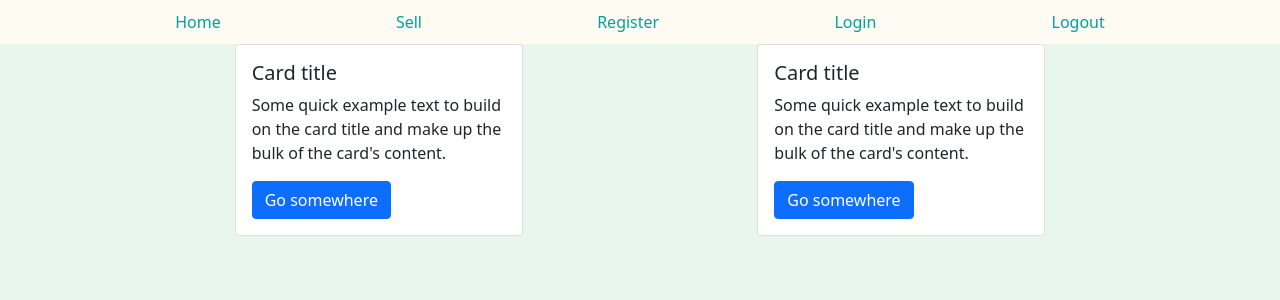
Repository: RiteshK555/itw-project
Page: http://localhost/
These files come from the project's save history. The page is drawn as it stood at one moment and after a run of saves; the edit follows.
The browser window is 1280 px wide. The pictures show the whole page.
The page is served by the project's application, run on Django 3.2 (student_olx/manage.py). Other server files are loaded and not shown.

Above is the page before, as saved 2021-09-18 22:08:12.

### student_olx/main/templates/main/home.html
{%extends 'main/base.html'%}
{% load static %}
{%block title%}
Home
{%endblock%}
{% block styles %}
<link rel="stylesheet" type="text/css" href="{% static 'main/home.css'%}">
{% endblock %}
{%block content %}
<div id="itemz">
<div class="card" style="width: 18rem;">
  {% comment %} <img src="..." class="card-img-top" alt="..."> {% endcomment %}
  <div class="card-body">
    <h5 class="card-title">Card title</h5>
    <p class="card-text">Some quick example text to build on the card title and make up the bulk of the card's content.</p>
    <a href="#" class="btn btn-primary">Go somewhere</a>
  </div>
</div>
<div class="card" style="width: 18rem;">
  {% comment %} <img src="..." class="card-img-top" alt="..."> {% endcomment %}
  <div class="card-body">
    <h5 class="card-title">Card title</h5>
    <p class="card-text">Some quick example text to build on the card title and make up the bulk of the card's content.</p>
    <a href="#" class="btn btn-primary">Go somewhere</a>
  </div>
</div>
</div>
{%endblock %}

### student_olx/main/templates/main/base.html
{% load static%}
<!DOCTYPE html>
<!--[if lt IE 7]>      <html class="no-js lt-ie9 lt-ie8 lt-ie7"> <![endif]-->
<!--[if IE 7]>         <html class="no-js lt-ie9 lt-ie8"> <![endif]-->
<!--[if IE 8]>         <html class="no-js lt-ie9"> <![endif]-->
<!--[if gt IE 8]>      <html class="no-js"> <!--<![endif]-->
<html lang="en">
    <head>
        <meta charset="utf-8">
        <meta http-equiv="X-UA-Compatible" content="IE=edge">
        <title>{%block title%}This is Base Title{%endblock%}</title>
        <meta name="description" content="">
        <link href="https://cdn.jsdelivr.net/npm/bootstrap@5.1.1/dist/css/bootstrap.min.css" rel="stylesheet" integrity="sha384-F3w7mX95PdgyTmZZMECAngseQB83DfGTowi0iMjiWaeVhAn4FJkqJByhZMI3AhiU" crossorigin="anonymous">
        <meta name="viewport" content="width=device-width, initial-scale=1">
        <link rel="stylesheet" type="text/css" href="{% static 'main/style.css'%}">
        {% block styles %}
        {% endblock %}
    </head>
    <div class="header">
        <a href="/">Home</a>
        <a href="/sell">Sell</a>
       <a href="/register">Register</a>
        <a href="/login">Login</a>
        <a href="/logout">Logout</a>
    </div>
    <body>
    <div id="content">
    {%block content %}
    {% endblock %}
    </div>
        <!--[if lt IE 7]>
            <p class="browsehappy">You are using an <strong>outdated</strong> browser. Please <a href="#">upgrade your browser</a> to improve your experience.</p>
        <![endif]-->
        <script src="https://cdn.jsdelivr.net/npm/bootstrap@5.1.1/dist/js/bootstrap.bundle.min.js" integrity="sha384-/bQdsTh/da6pkI1MST/rWKFNjaCP5gBSY4sEBT38Q/9RBh9AH40zEOg7Hlq2THRZ" crossorigin="anonymous"></script>
        <script src="" async defer></script>
    </body>
</html>

### student_olx/main/views.py
from django.http.response import HttpResponseRedirect
from django.shortcuts import render,redirect
from .models import ToDoList

# Create your views here.
from django.http import HttpResponse
from .forms import CreateNewProduct
def index(response,id):
    lis=ToDoList.objects.get(id=id)
    return render(response,"main/base.html",{"name":lis})
def home(response):
    return render(response,"main/home.html",{"name":"test"})
def sell(response):
    if response.method == "POST":
        form=CreateNewProduct(response.POST)
        if form.is_valid():
            p_n=form.cleaned_data["product_name"]
            d=form.cleaned_data["description"]
            m=ToDoList(product_name=p_n,description=d)
            m.save()
        return HttpResponseRedirect("/%i" %m.id)
    else:
        form=CreateNewProduct()
    return render(response,"main/sell.html",{"form":form})
def buy(response):
    return render(response,"main/buy.html",{})

### student_olx/student_olx/urls.py
"""student_olx URL Configuration

The `urlpatterns` list routes URLs to views. For more information please see:
    https://docs.djangoproject.com/en/3.1/topics/http/urls/
Examples:
Function views
    1. Add an import:  from my_app import views
    2. Add a URL to urlpatterns:  path('', views.home, name='home')
Class-based views
    1. Add an import:  from other_app.views import Home
    2. Add a URL to urlpatterns:  path('', Home.as_view(), name='home')
Including another URLconf
    1. Import the include() function: from django.urls import include, path
    2. Add a URL to urlpatterns:  path('blog/', include('blog.urls'))
"""
from django.contrib import admin
from django.urls import path,include
# from main import views as v
from  registration import views
urlpatterns = [
    path('admin/', admin.site.urls),
    path("register/",views.register,name="register"),
    path("",include("main.urls")),
    path("",include("django.contrib.auth.urls")),
]

### student_olx/main/urls.py
from django.urls import path
from . import views
urlpatterns =[
    path("<int:id>",views.index,name="index"),
    path("",views.home,name="home"),
    path("sell/",views.sell,name="sell"),
    path("buy/",views.buy,name="buy"),
]

### student_olx/main/static/main/style.css
.header{
    display: flex;
    justify-content: space-evenly;
    padding-top: 10px;
    padding-bottom: 10px;
    background-color:#FEFBF3;
}
a{
    color:#00A19D;
    text-decoration: none;
}
body{
    margin:0;
    background-color:#E8F6EF;
}
#hello{
    color:red;
}

### student_olx/main/static/main/home.css

#itemz{
    display:flex;
    justify-content:space-evenly;
}

After the next 3 saves:
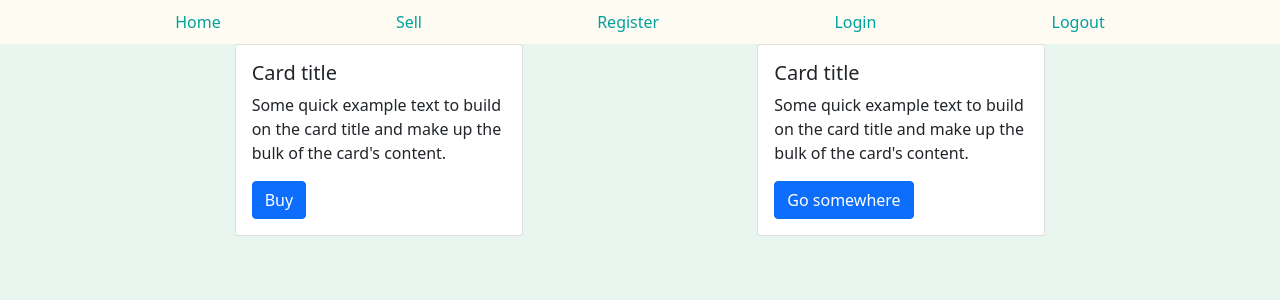
The 3 saves are shown as one change because they came seconds apart.
The last was saved 14 h 28 min later.
--- a/student_olx/main/templates/main/home.html
+++ b/student_olx/main/templates/main/home.html
@@ -13,7 +13,7 @@
   <div class="card-body">
     <h5 class="card-title">Card title</h5>
     <p class="card-text">Some quick example text to build on the card title and make up the bulk of the card's content.</p>
-    <a href="#" class="btn btn-primary">Go somewhere</a>
+    <a href="#" class="btn btn-primary">Buy</a>
   </div>
 </div>
 <div class="card" style="width: 18rem;">
